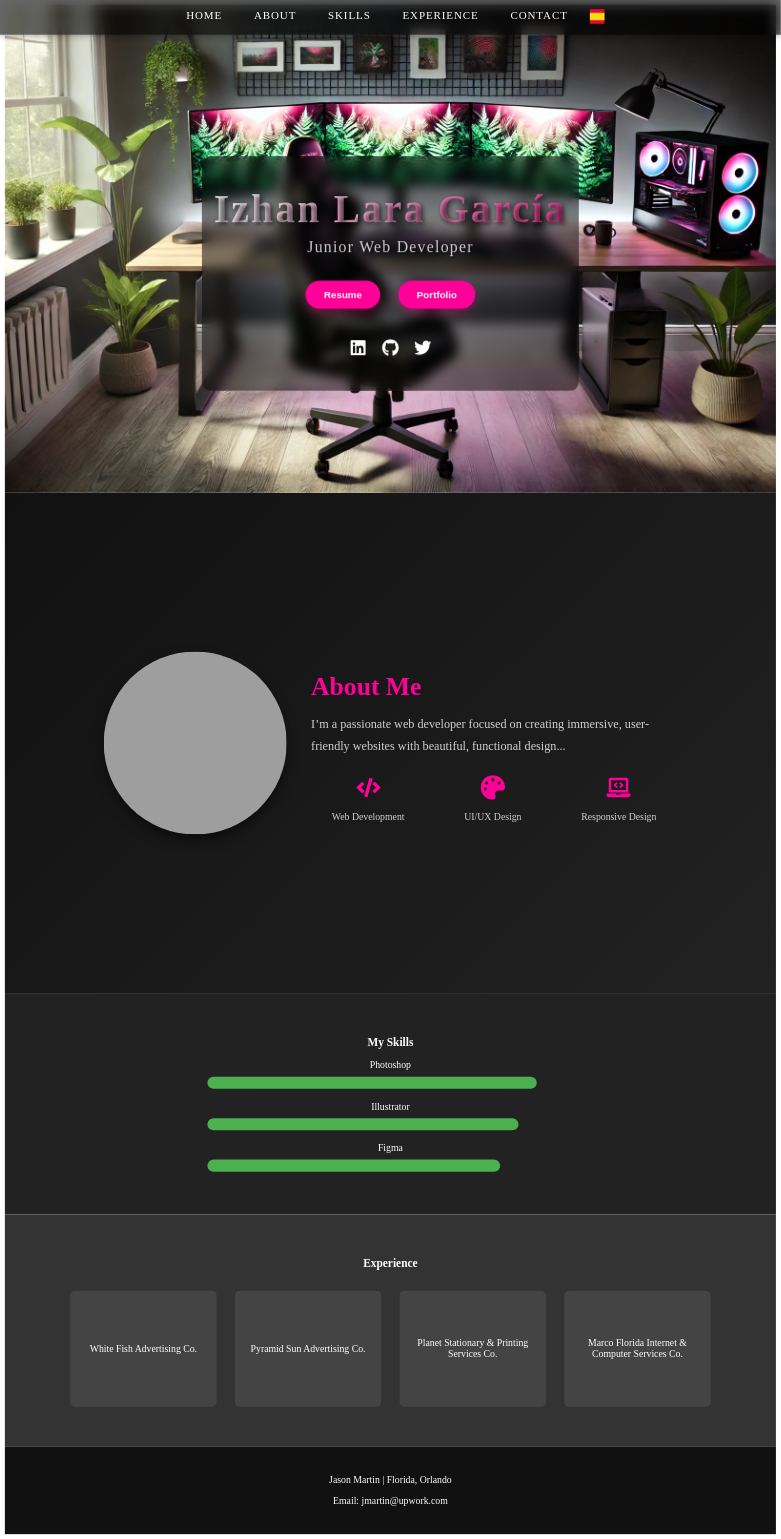
Repository: izhanlaraagarcia/izhanlaraagarcia.github.io
Page: / (app in vite-project/)
An editor plug-in stored every save of this project. The page is shown before and after the next save, followed by the edit.
The browser window is 1280 px wide. The pictures show the whole page, at 61% of full size.
Pictures or frames that could not be fetched are drawn as grey boxes. The project was rebuilt for these pictures with package versions that can differ from the ones it lists, and the page was loaded fresh each time. Also part of the build but not shown: vite-project/vite.config.js.

Above is the page before, as saved 2024-09-17 21:30:33.

After the next save:
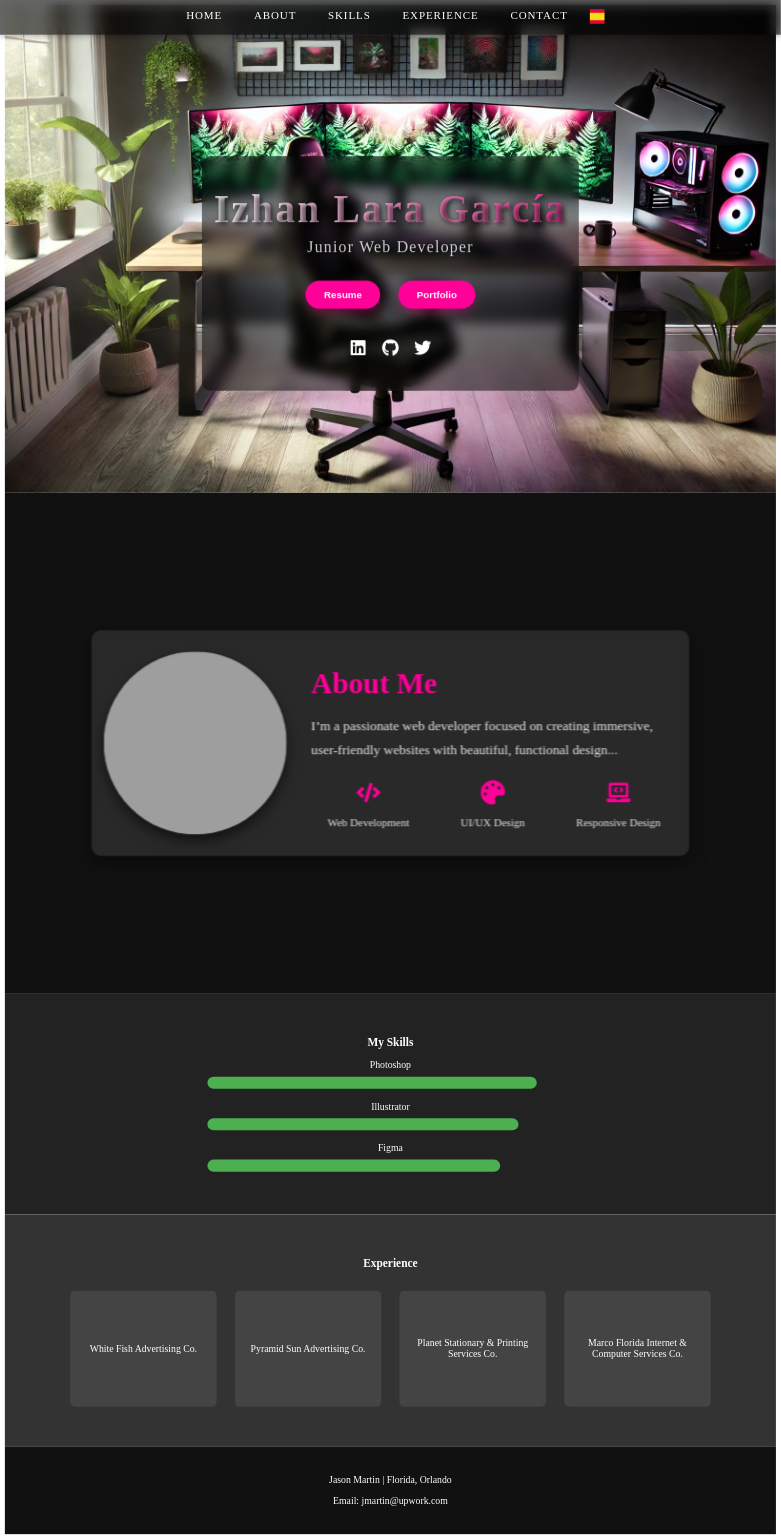
Saved 10 s later.
--- a/vite-project/src/index.css
+++ b/vite-project/src/index.css
@@ -182,15 +182,21 @@
   justify-content: center;
   align-items: center;
   padding: 50px;
-  background: linear-gradient(135deg, #111, #222); /* Fondo con degradado */
+  background-color: #111; /* Fondo oscuro */
   color: white;
   min-height: 100vh;
+  position: relative;
 }
 
 .about-content {
   display: flex;
   align-items: center;
   gap: 40px;
+  padding: 20px;
+  border-radius: 15px; /* Bordes redondeados */
+  box-shadow: 0px 10px 30px rgba(0, 0, 0, 0.5); /* Sombra del contenedor */
+  background: rgba(255, 255, 255, 0.1); /* Fondo translúcido */
+  backdrop-filter: blur(10px); /* Efecto de desenfoque */
 }
 
 .profile-image {
@@ -208,16 +214,16 @@
 }
 
 .about-text h2 {
-  font-size: 42px;
-  font-weight: 800;
+  font-size: 48px;
+  font-weight: 900;
   margin-bottom: 20px;
   color: #f09;
 }
 
 .about-text p {
-  font-size: 20px;
+  font-size: 22px;
   line-height: 1.8;
-  color: rgba(255, 255, 255, 0.8);
+  color: rgba(255, 255, 255, 0.9);
 }
 
 .about-icons {
@@ -233,7 +239,7 @@
 }
 
 .about-icons p {
-  font-size: 16px;
+  font-size: 18px;
   margin-top: 10px;
 }
 
